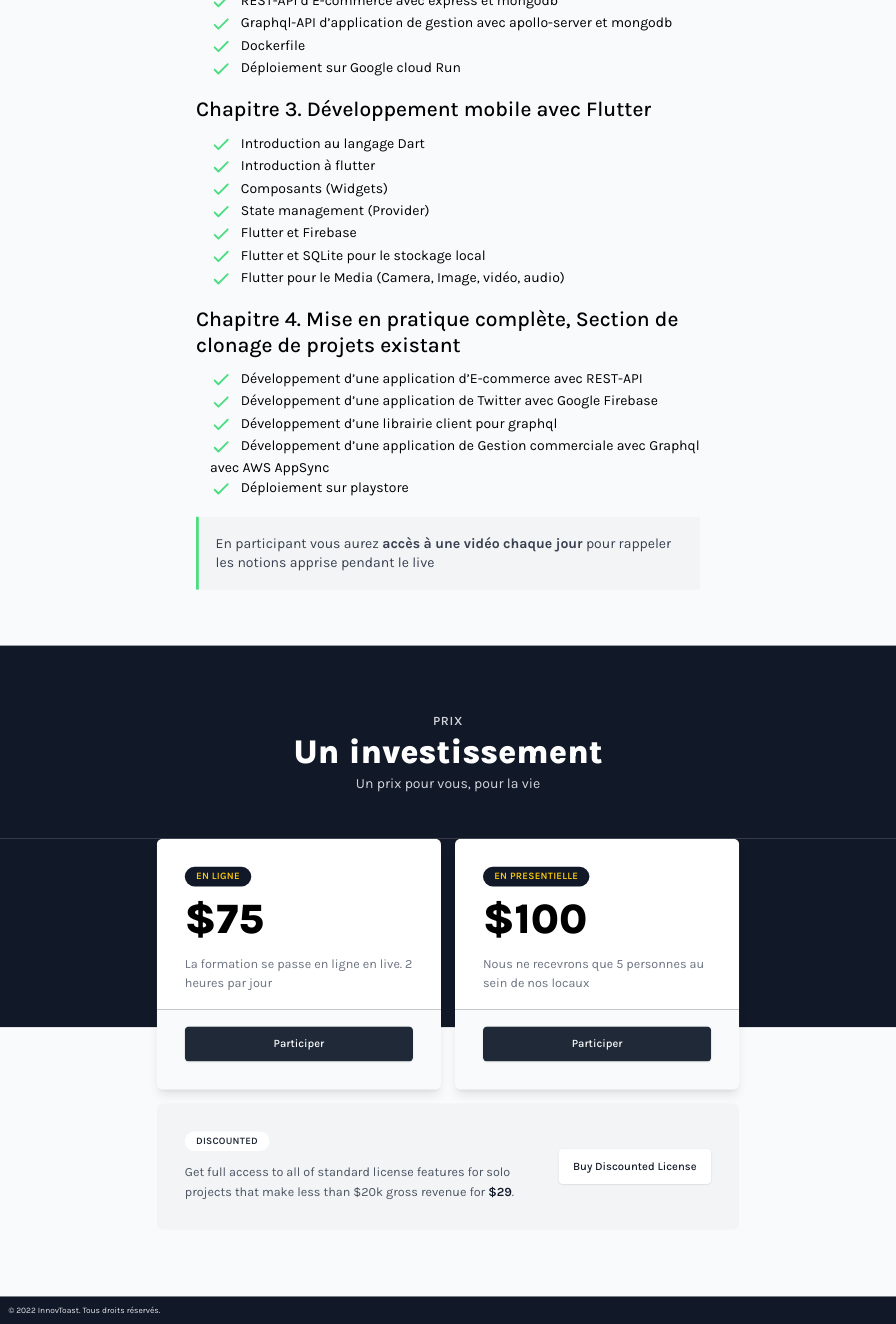
Repository: alfredlwanzo/course
Page: /
These files come from the project's save history. The page is drawn as it stood at one moment and after the next save; the edit follows.
The browser window is 1280 px wide. The pictures show the part of the page from y = 1566 to 3486 px (the page is 3458 px tall before and 3486 px after), at 70% of full size.
The project was rebuilt for these pictures with package versions that can differ from the ones it lists, and the page was loaded fresh each time. The framework's server and built-in components were replaced by stand-ins that run in the browser. Also part of the build but not shown: next.config.js.

Above is the page before, as saved 2022-08-09 13:49:44.

### pages/_app.tsx
import '../src/styles/globals.css'
import type { AppProps } from 'next/app'

function MyApp({ Component, pageProps }: AppProps) {
  return <Component {...pageProps} />
}

export default MyApp

### pages/_document.tsx
import NextDocument, { Html, Head, Main, NextScript } from "next/document";

type Props = {};

class MyDocument extends NextDocument<Props> {
  render() {
    return (
      <Html>
        <Head>
          <link rel="manifest" href="/manifest.json" />
          <link rel="apple-touch-icon" href="/icon.png"></link>
          <meta name="theme-color" content="#FFCB08" />
          <link rel="icon" href="/favicon.ico" />
        </Head>
        <body>
          <Main />
          <NextScript />
        </body>
      </Html>
    );
  }
}

export default MyDocument;

### pages/index.tsx
import Footer from '@src/components/Footers/Footer'
import ContentSection from '@src/components/sections/Content'
import HomeSection from '@src/components/sections/Home'
import PricingSection from '@src/components/sections/Pricing'
import type { NextPage } from 'next'
import Head from 'next/head'
import Image from 'next/image'


const Home: NextPage = () => {
  return (
    <div className="">
      <Head>
        <title>Innov | Bootcamp pour devenir fullStack developpeur</title>
        <meta name="description" content="Generated by create next app" />
        <link rel="icon" href="/favicon.ico" />
      </Head>

      <main className="">
       <section className="bg-primary pt-28 pb-14 md:pb-28">
        {/* section Home */}
        <HomeSection/>
       </section>

       {/* section content */}
       <section className="py-6 md:py-20">
        <ContentSection/>
       </section>
       {/* Section pricing */}
       <section>
        <PricingSection/>
       </section>
      </main>

      <Footer/>
    </div>
  )
}

export default Home

### src/styles/globals.css

/* Fonts: Comfortaa & Karla */
@import url('https://fonts.googleapis.com/css2?family=Comfortaa:wght@300;400;500;600;700&display=swap');
@import url('https://fonts.googleapis.com/css2?family=Karla:ital,wght@0,200;0,300;0,400;0,500;0,600;0,700;0,800;1,200;1,300;1,400;1,500;1,600;1,700;1,800&display=swap');

/* tailwind */
@tailwind base;
@tailwind components;
@tailwind utilities;


html,
body {
  padding: 0;
  margin: 0;
  @apply bg-gray-50;
  font-family: 'Karla', sans-serif;
}

a {
  color: inherit;
  text-decoration: none;
}

* {
  box-sizing: border-box;
}

### src/components/Footers/Footer.tsx
import React from 'react'
import Copyright from './Copyright'


const Footer = () => {
  return (
    <div className='bg-gray-900'>
        <Copyright/>
    </div>
  )
}

export default Footer

### src/components/sections/Content.tsx
import React from "react";
import { CheckIcon } from "@heroicons/react/outline";

const ContentSection = () => {
  return (
    <article className="max-w-3xl mx-auto px-3 sm:px-6">
      <blockquote className="bg-gray-900 border-l-8 border-l-primary text-gray-200 p-4">
        <h6 className="text-primary text-3xl font-extrabold">Contenu de la formation</h6>
        Nous avons mis du temps à préparer afin de produire un contenue riche. Nous avons appliqué une approche de rendre des notions complexes, faciles à apprendre. Nous voulons qu’une personne après avoir participer à cette formation puisse être capable de produire une application de A à Z sans beaucoup de difficultés. Notre Objectif est de créer de meilleurs développeurs Full-stack.
      </blockquote>
      {/* Chapter 1 */}
      <div className="mt-6">
        <h2 className="text-3xl font-medium">
          Chapitre 1. Développer des API pour votre application avec Nodejs
        </h2>
        <ul className="list-inside pl-5 mt-4">
          <li className="text-xl ">
            <CheckIcon className="inline-block h-8 w-8 mr-3 text-green-400" />
            Introduction général à nodejs
          </li>
          <li className="text-xl ">
            <CheckIcon className="inline-block h-8 w-8 mr-3 text-green-400" />
            Structure de contrôle
          </li>
          <li className="text-xl ">
            <CheckIcon className="inline-block h-8 w-8 mr-3 text-green-400" />
            Structure de données
          </li>
          <li className="text-xl ">
            <CheckIcon className="inline-block h-8 w-8 mr-3 text-green-400" />
            Introduction à Express.js
          </li>
          <li className="text-xl ">
            <CheckIcon className="inline-block h-8 w-8 mr-3 text-green-400" />
            Premier API REST avec Express
          </li>
          <li className="text-xl ">
            <CheckIcon className="inline-block h-8 w-8 mr-3 text-green-400" />
            Notion sur Mongodb
          </li>
          <li className="text-xl ">
            <CheckIcon className="inline-block h-8 w-8 mr-3 text-green-400" />
            Express et Mongodb + Prisma
          </li>
          <li className="text-xl ">
            <CheckIcon className="inline-block h-8 w-8 mr-3 text-green-400" />
            Notion sur le Graphql
          </li>
          <li className="text-xl ">
            <CheckIcon className="inline-block h-8 w-8 mr-3 text-green-400" />
            Apollo-graphql + mongoose
          </li>
        </ul>
      </div>
      {/* Chapitre 2 */}
      <div className="mt-6">
        <h2 className="text-3xl font-medium">
          Chapitre 2. Mise en pratique de développement serveur
        </h2>
        <ul className="list-inside pl-5 mt-4 ">
          <li className="text-xl ">
            <CheckIcon className="inline-block h-8 w-8 mr-3 text-green-400" />
            REST-API d’E-commerce avec express et mongodb
          </li>
          <li className="text-xl ">
            <CheckIcon className="inline-block h-8 w-8 mr-3 text-green-400" />
            Graphql-API d’application de gestion avec apollo-server et mongodb
          </li>
          <li className="text-xl ">
            <CheckIcon className="inline-block h-8 w-8 mr-3 text-green-400" />
            Dockerfile
          </li>
          <li className="text-xl ">
            <CheckIcon className="inline-block h-8 w-8 mr-3 text-green-400" />
            Déploiement sur Google cloud Run
          </li>
        </ul>
      </div>
      {/* Chapitre 3 */}
      <div className="mt-6">
        <h2 className="text-3xl font-medium">
          Chapitre 3. Développement mobile avec Flutter
        </h2>
        <ul className="list-inside pl-5 mt-4 ">
          <li className="text-xl ">
            <CheckIcon className="inline-block h-8 w-8 mr-3 text-green-400" />
            Introduction au langage Dart
          </li>
          <li className="text-xl ">
            <CheckIcon className="inline-block h-8 w-8 mr-3 text-green-400" />
            Introduction à flutter
          </li>
          <li className="text-xl ">
            <CheckIcon className="inline-block h-8 w-8 mr-3 text-green-400" />
            Composants (Widgets)
          </li>
          <li className="text-xl ">
            <CheckIcon className="inline-block h-8 w-8 mr-3 text-green-400" />
            State management (Provider)
          </li>
          <li className="text-xl ">
            <CheckIcon className="inline-block h-8 w-8 mr-3 text-green-400" />
            Flutter et Firebase
          </li>
          <li className="text-xl ">
            <CheckIcon className="inline-block h-8 w-8 mr-3 text-green-400" />
            Flutter et SQLite pour le stockage local
          </li>
          <li className="text-xl ">
            <CheckIcon className="inline-block h-8 w-8 mr-3 text-green-400" />
            Flutter pour le Media (Camera, Image, vidéo, audio)
          </li>
        </ul>
      </div>
       {/* Chapitre 4 */}
       <div className="mt-6">
        <h2 className="text-3xl font-medium">
          Chapitre 4. Mise en pratique complète, Section de clonage de projets existant
        </h2>
        <ul className="list-inside pl-5 mt-4 ">
          <li className="text-xl ">
            <CheckIcon className="inline-block h-8 w-8 mr-3 text-green-400" />
            Développement d’une application d’E-commerce avec REST-API
          </li>
          <li className="text-xl ">
            <CheckIcon className="inline-block h-8 w-8 mr-3 text-green-400" />
            Développement d’une application de Twitter avec Google Firebase
          </li>
          <li className="text-xl ">
            <CheckIcon className="inline-block h-8 w-8 mr-3 text-green-400" />
            Développement d’une librairie client pour graphql
          </li>
          <li className="text-xl ">
            <CheckIcon className="inline-block h-8 w-8 mr-3 text-green-400" />
            Développement d’une application de Gestion commerciale avec Graphql avec AWS AppSync
          </li>
          <li className="text-xl ">
            <CheckIcon className="inline-block h-8 w-8 mr-3 text-green-400" />
            Déploiement sur playstore
          </li>
        </ul>
      </div>
      <blockquote className="border-l-4 border-l-green-400 p-6 mt-6 bg-gray-100 text-xl text-gray-700">
        En participant vous aurez <span className="font-bold">accès à une vidéo chaque jour</span> pour rappeler les notions apprise pendant le live
      </blockquote>
    </article>
  );
};

export default ContentSection;

### src/components/sections/Home.tsx
import React from "react";
import SubscribeButton from "../buttons/SubscribeButton";
import PairProgramming from "../icons/PairProgramming";

const HomeSection = () => {
  return (
    <div className="max-w-7xl mx-auto px-3 sm:px-6">
      <div className="grid md:grid-cols-2 gap-10 lg:gap-0">
        <div>
          <div className="bg-gray-700 bg-opacity-40 w-max py-1 px-3 rounded-full">
            <h6 className="font-bold text-primary">
              Du 1 septembre au 25 octobre 2022.
            </h6>
          </div>
          <h1 className="text-5xl md:text-6xl text-gray-900 font-extrabold uppercase mt-2">
            Bootcamp pour devenir full-stack developpeur
          </h1>
          <p className="text-xl mt-2 text-gray-900">
            Ce bootcamp est une machine pour vous transformer en un développeur
            Full-Stack. Vous allez apprendre plusieurs notions difficiles à
            trouver dans nos universités. Avec 6 projets réels à développer,
            nous espèrons que vous allez aimer l’aventure.{" "}
            <span className="font-comfortaa font-bold">Innov</span> (notre
            équipe) prépare les séances avec totale concentration, dans le but
            de vous fournir du contenu riche et surtout simple à comprendre.
          </p>
          <div className="hidden md:block mt-9">
            <SubscribeButton />
          </div>
        </div>
        <div className="flex flex-col items-center justify-center">
          <PairProgramming className="w-auto h-52 md:h-80 -bottom-10" />
          <div className="block md:hidden mt-12">
            <SubscribeButton />
          </div>
        </div>
      </div>
    </div>
  );
};

export default HomeSection;

### src/components/sections/Pricing.tsx
import { CheckIcon } from '@heroicons/react/outline'

const tiers = [
  {
    name: 'En ligne',
    href: 'https://wa.me/+243978154329',
    price: 75,
    description: "La formation se passe en ligne en live.  2 heures par jour",
  },
  {
    name: 'En presentielle',
    href: 'https://wa.me/+243978154329',
    price: 100,
    description: 'Nous ne recevrons que 5 personnes au sein de nos locaux',
  },
]

export default function PricingSection() {
  return (
    <div className="bg-gray-900">
      <div className="pt-12 sm:pt-16 lg:pt-24">
        <div className="max-w-4xl mx-auto text-center px-4 sm:px-6 lg:px-8">
          <div className="max-w-3xl mx-auto space-y-2 lg:max-w-none">
            <h2 className="text-lg leading-6 font-semibold text-gray-300 uppercase tracking-wider">Prix</h2>
            <p className="text-3xl font-extrabold text-white sm:text-4xl lg:text-5xl">
            Un investissement
            </p>
            <p className="text-xl text-gray-300">
            Un prix pour vous,  pour la vie
            </p>
          </div>
        </div>
      </div>
      <div className="mt-8 pb-12 bg-gray-50 sm:mt-12 sm:pb-16 lg:mt-16 lg:pb-24">
        <div className="relative">
          <div className="absolute inset-0 h-3/4 bg-gray-900" />
          <div className="relative z-10 max-w-4xl mx-auto px-4 sm:px-6 lg:px-8">
            <div className="max-w-md mx-auto space-y-4 lg:max-w-5xl lg:grid lg:grid-cols-2 lg:gap-5 lg:space-y-0">
              {tiers.map((tier) => (
                <div key={tier.name} className="flex flex-col rounded-lg shadow-lg overflow-hidden">
                  <div className="px-6 py-8 bg-white sm:p-10 sm:pb-6">
                    <div>
                      <h3
                        className="inline-flex px-4 py-1 rounded-full text-sm font-semibold tracking-wide uppercase bg-gray-900 text-primary"
                        id="tier-standard"
                      >
                        {tier.name}
                      </h3>
                    </div>
                    <div className="mt-4 flex items-baseline text-6xl font-extrabold">
                      ${tier.price}
                    </div>
                    <p className="mt-5 text-lg text-gray-500">{tier.description}</p>
                  </div>
                  <div className="flex-1 flex flex-col justify-between px-6 pt-6 pb-8 bg-gray-50 space-y-6 sm:p-10 sm:pt-6">

                    <div className="rounded-md shadow">
                      <a
                        href={tier.href}
                        target="_blank"
                        rel="noreferrer"
                        className="flex items-center justify-center px-5 py-3 border border-transparent text-base font-medium rounded-md text-white bg-gray-800 hover:bg-gray-900"
                        aria-describedby="tier-standard"
                      >
                        Participer
                      </a>
                    </div>
                  </div>
                </div>
              ))}
            </div>
          </div>
        </div>
        <div className="mt-4 relative max-w-4xl mx-auto px-4 sm:px-6 lg:px-8 lg:mt-5">
          <div className="max-w-md mx-auto lg:max-w-5xl">
            <div className="rounded-lg bg-gray-100 px-6 py-8 sm:p-10 lg:flex lg:items-center">
              <div className="flex-1">
                <div>
                  <h3 className="inline-flex px-4 py-1 rounded-full text-sm font-semibold tracking-wide uppercase bg-white text-gray-800">
                    Discounted
                  </h3>
                </div>
                <div className="mt-4 text-lg text-gray-600">
                  Get full access to all of standard license features for solo projects that make less than $20k gross
                  revenue for <span className="font-semibold text-gray-900">$29</span>.
                </div>
              </div>
              <div className="mt-6 rounded-md shadow lg:mt-0 lg:ml-10 lg:flex-shrink-0">
                <a
                  href="#"
                  className="flex items-center justify-center px-5 py-3 border border-transparent text-base font-medium rounded-md text-gray-900 bg-white hover:bg-gray-50"
                >
                  Buy Discounted License
                </a>
              </div>
            </div>
          </div>
        </div>
      </div>
    </div>
  )
}

### src/components/Footers/Copyright.tsx
import React from 'react'

const Copyright = () => {
  return (
    <div className='max-w-7xl mx-auto px-3 sm:px-6" py-3 text-gray-200 '>
        <p className='text-xs'>© 2022 InnovToast. Tous droits réservés.</p>
    </div>
  )
}

export default Copyright

### src/components/buttons/SubscribeButton.tsx
import React from "react";

const SubscribeButton = () => {
  return (
    <a
      href="https://wa.me/+243978154329"
      target="_blank"
      rel="noreferrer"
      className="bg-black text-primary py-4 px-10 text-xl font-semibold rounded-full border-4 border-gray-800 hover:bg-opacity-95 hover:border-gray-900"
    >
      Inscrivez-vous!
    </a>
  );
};

export default SubscribeButton;

Loaded but not shown: tailwind.config.js (18 lines, source omitted); src/components/icons/PairProgramming.tsx (865 lines, source omitted)

After the next save:
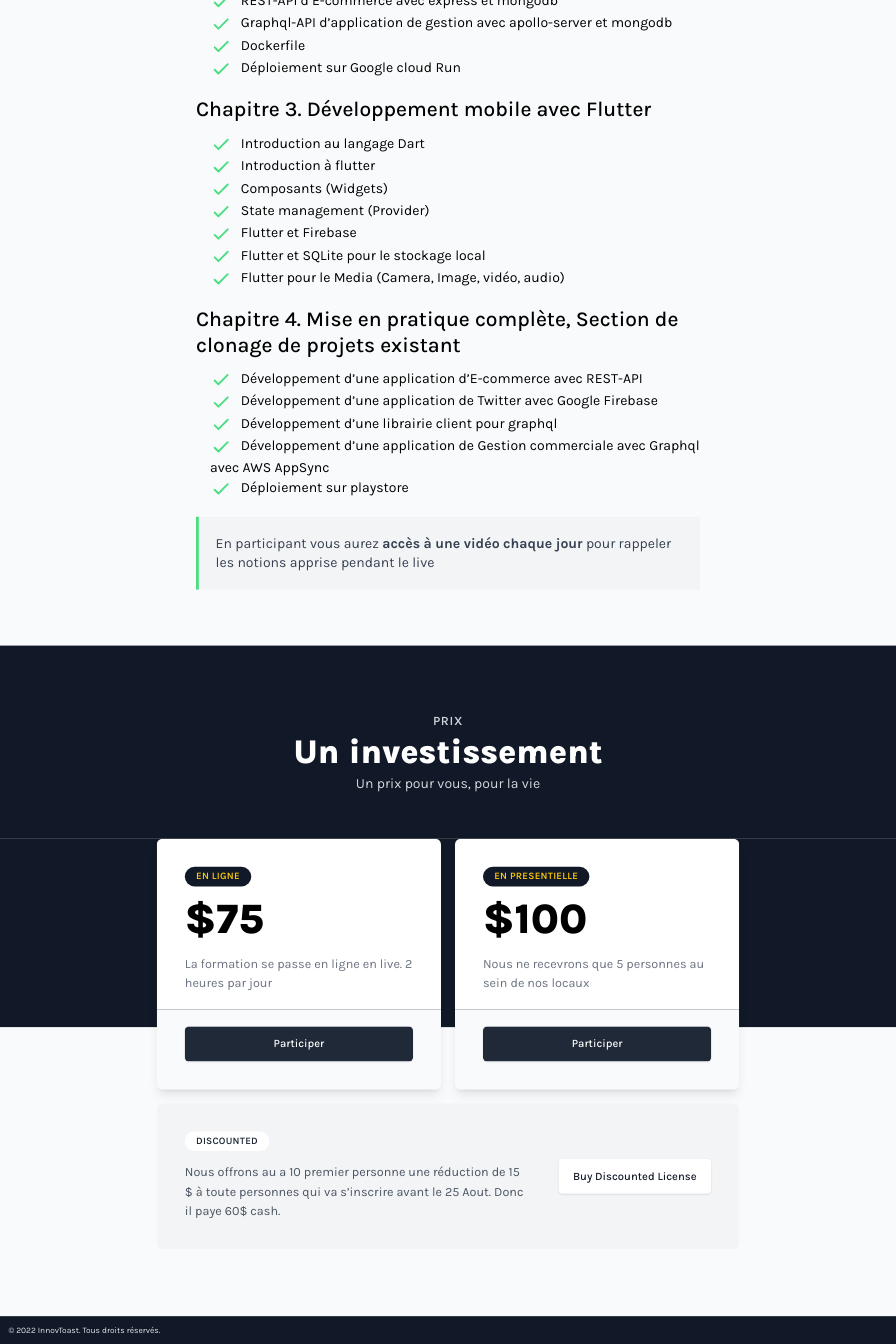
Saved 106 s later.
--- a/src/components/sections/Pricing.tsx
+++ b/src/components/sections/Pricing.tsx
@@ -81,8 +81,7 @@
                   </h3>
                 </div>
                 <div className="mt-4 text-lg text-gray-600">
-                  Get full access to all of standard license features for solo projects that make less than $20k gross
-                  revenue for <span className="font-semibold text-gray-900">$29</span>.
+                Nous offrons au a 10 premier personne une réduction de 15 $ à toute personnes qui va s’inscrire avant le 25 Aout. Donc il paye 60$ cash.
                 </div>
               </div>
               <div className="mt-6 rounded-md shadow lg:mt-0 lg:ml-10 lg:flex-shrink-0">
